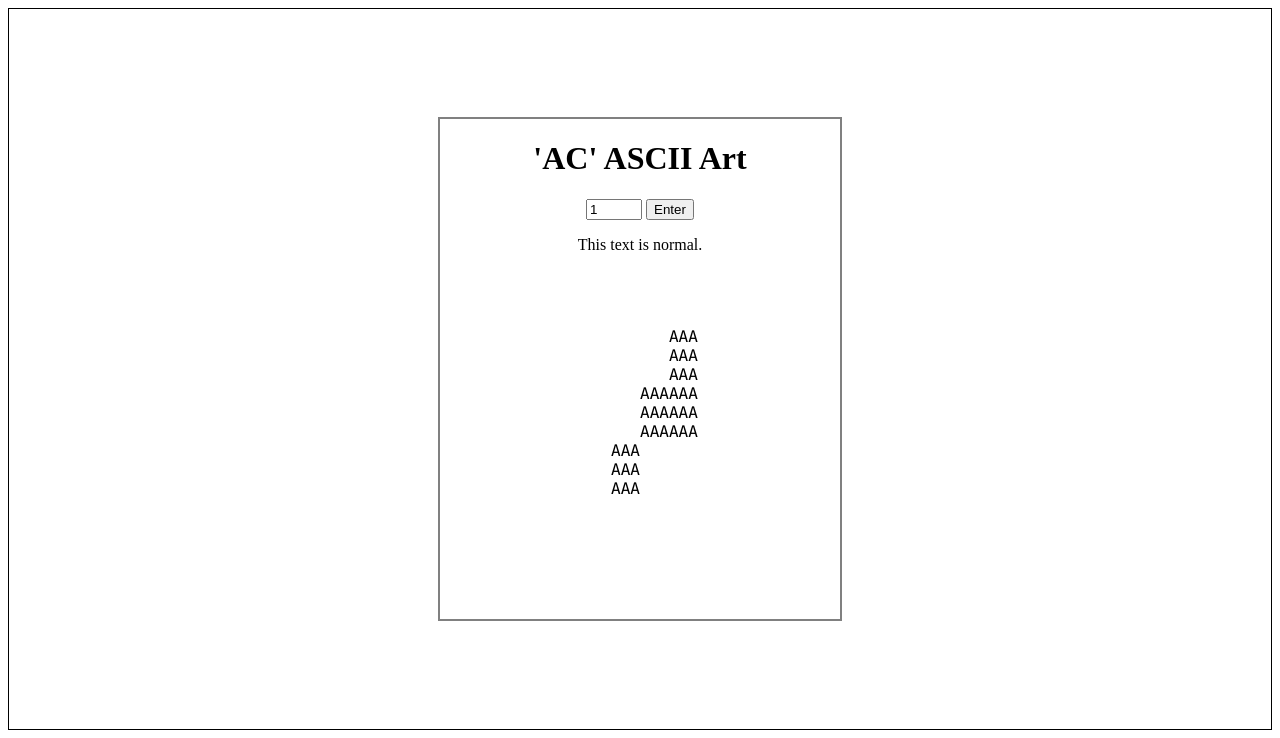
Repository: Achorn/ascii-art
Page: index.html
The author's editor kept a copy of each file at every save. The page is drawn from the files as they stood at one save, then again after the next save.
The browser window is 1280 px wide. The pictures show the whole page.

Above is the page before, as saved 2021-08-09 17:17:38.

### index.html
<!DOCTYPE html>
<html lang="en">
  <head>
    <link rel="stylesheet" href="styles.css" />
    <meta charset="UTF-8" />
    <meta http-equiv="X-UA-Compatible" content="IE=edge" />
    <meta name="viewport" content="width=device-width, initial-scale=1.0" />
    <title>Document</title>
  </head>
  <body>
    <form>
      <h1>'AC' ASCII Art</h1>
      <input type="number" min="1" value="1" max="10" />
      <button>Enter</button>
      <div id="ascii">
        <p>This text is normal.</p>
        <p id="mono" style="font-family: 'Lucida Console', monospace">
          This text is monospace text.
        </p>
      </div>
    </form>
    <script type="text/javascript" src="myscripts.js"></script>
  </body>
</html>

### styles.css
body {
  border: 1px solid black;
  display: flex;
  flex-direction: column;
  justify-content: center;
  align-items: center;
  height: 100vh;
}

form {
  border: 2px solid grey;
  height: 500px;
  width: 400px;
  text-align: center;
}

.ascii {
  border-radius: 1px solid black;
}
#mono {
  /* font-size: 25.5vw; */

  white-space: pre;
}

### myscripts.js
let four = [
  [" ", " ", " ", "A"],
  [" ", " ", "A", " "],
  [" ", "A", "A", "A"],
  ["A", " ", " ", " "],
];

let eight = [
  [
    " ",
    " ",
    " ",
    " ",
    " ",
    " ",
    " ",
    "A",
    "A",
    " ",
    " ",
    " ",
    " ",
    " ",
    " ",
    " ",
  ],
  [
    " ",
    " ",
    " ",
    " ",
    " ",
    " ",
    "A",
    "A",
    "A",
    "A",
    " ",
    " ",
    " ",
    " ",
    " ",
    " ",
  ],
  [
    " ",
    " ",
    " ",
    " ",
    " ",
    "A",
    "A",
    " ",
    " ",
    "A",
    "A",
    " ",
    " ",
    " ",
    " ",
    " ",
  ],
  [
    " ",
    " ",
    " ",
    " ",
    "A",
    "A",
    "A",
    "A",
    "A",
    "A",
    "A",
    "A",
    " ",
    " ",
    " ",
    " ",
  ],
  [
    " ",
    " ",
    " ",
    "A",
    "A",
    "A",
    "A",
    "A",
    "A",
    "A",
    "A",
    "A",
    "A",
    " ",
    " ",
    " ",
  ],
  [
    " ",
    " ",
    "A",
    "A",
    " ",
    " ",
    " ",
    " ",
    " ",
    " ",
    " ",
    " ",
    "A",
    "A",
    " ",
    " ",
  ],
  [
    " ",
    "A",
    "A",
    " ",
    " ",
    " ",
    " ",
    " ",
    " ",
    " ",
    " ",
    " ",
    " ",
    "A",
    "A",
    " ",
  ],
  [
    "A",
    "A",
    " ",
    " ",
    " ",
    " ",
    " ",
    " ",
    " ",
    " ",
    " ",
    " ",
    " ",
    " ",
    "A",
    "A",
  ],
];

function scaleSpread(array, factor) {
  const scaled = [];

  for (const row of array) {
    let x = [];

    for (const item of row) x.push(...Array(factor).fill(item));

    scaled.push(...Array(factor).fill(x));
  }

  return scaled;
}
let sixteen = scaleSpread(eight, 2);

function arrToString(arr) {
  let string = "";
  for (let i = 0; i < arr.length; i++) {
    string += arr[i].join("") + "<br>";
  }
  return string;
}

function trimA(arr, lWidth) {
  for (i = 0; i < arr.length; i++) {
    let disp = lWidth - (i % lWidth) - 1;
    console.log(i, disp);
    console.log(arr[i]);
    let newArr = arr[i].slice();
    for (let j = 0; j < disp; j++) {
      console.log("j", j);
      arr[i].pop();
      arr[i].unshift(" ");
    }

    //add to beginning
    // arr[i] == arr[i];
  }
}

let mono = document.getElementById("mono");
let scaled = scaleSpread(four, 3);
trimA(scaled, 3);

// mono.innerHTML = arrToString(scaleSpread(four, 3));
mono.innerHTML = arrToString(scaled);
// mono.innerHTML += arrToString(scaleSpread(eight, 1));

After the next save:
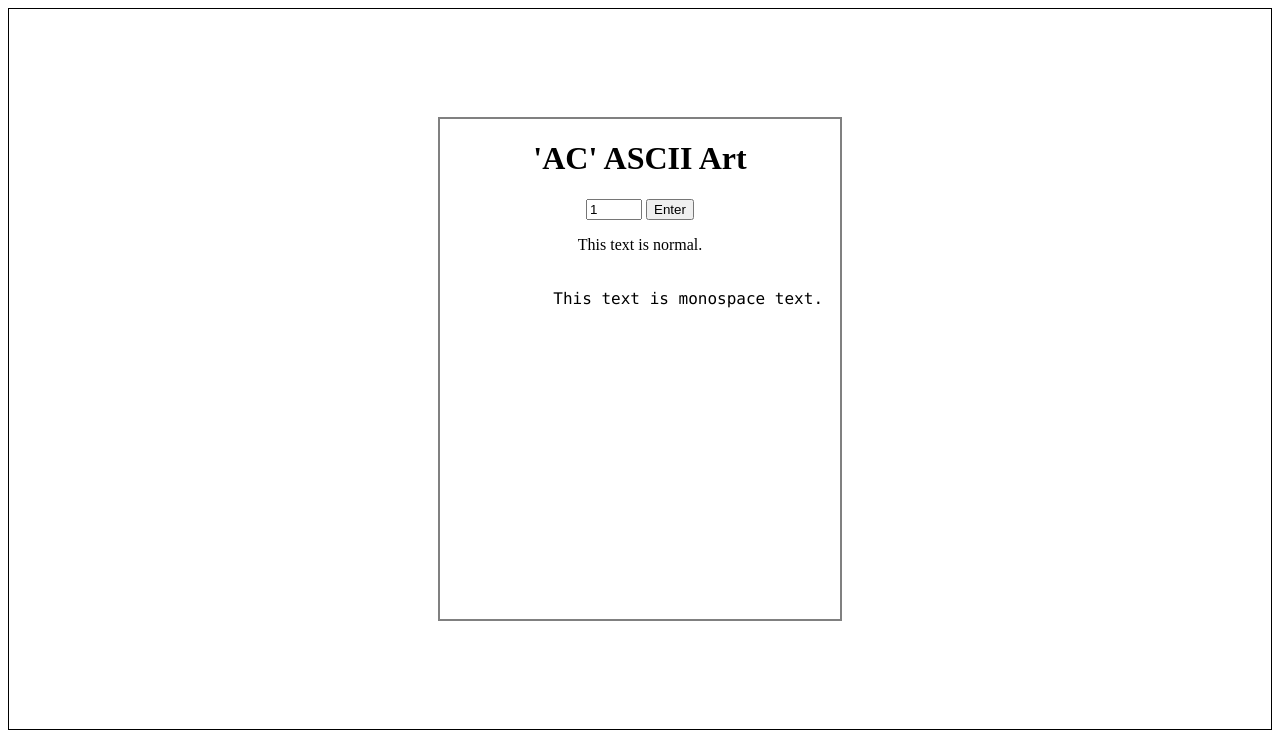
Console error: TypeError: newArr[i].pop is not a function
Saved 14 s later.
--- a/myscripts.js
+++ b/myscripts.js
@@ -182,9 +182,8 @@
     console.log(arr[i]);
     let newArr = arr[i].slice();
     for (let j = 0; j < disp; j++) {
-      console.log("j", j);
-      arr[i].pop();
-      arr[i].unshift(" ");
+      newArr[i].pop();
+      newAarr[i].unshift(" ");
     }
 
     //add to beginning

After the 5 saves that followed:
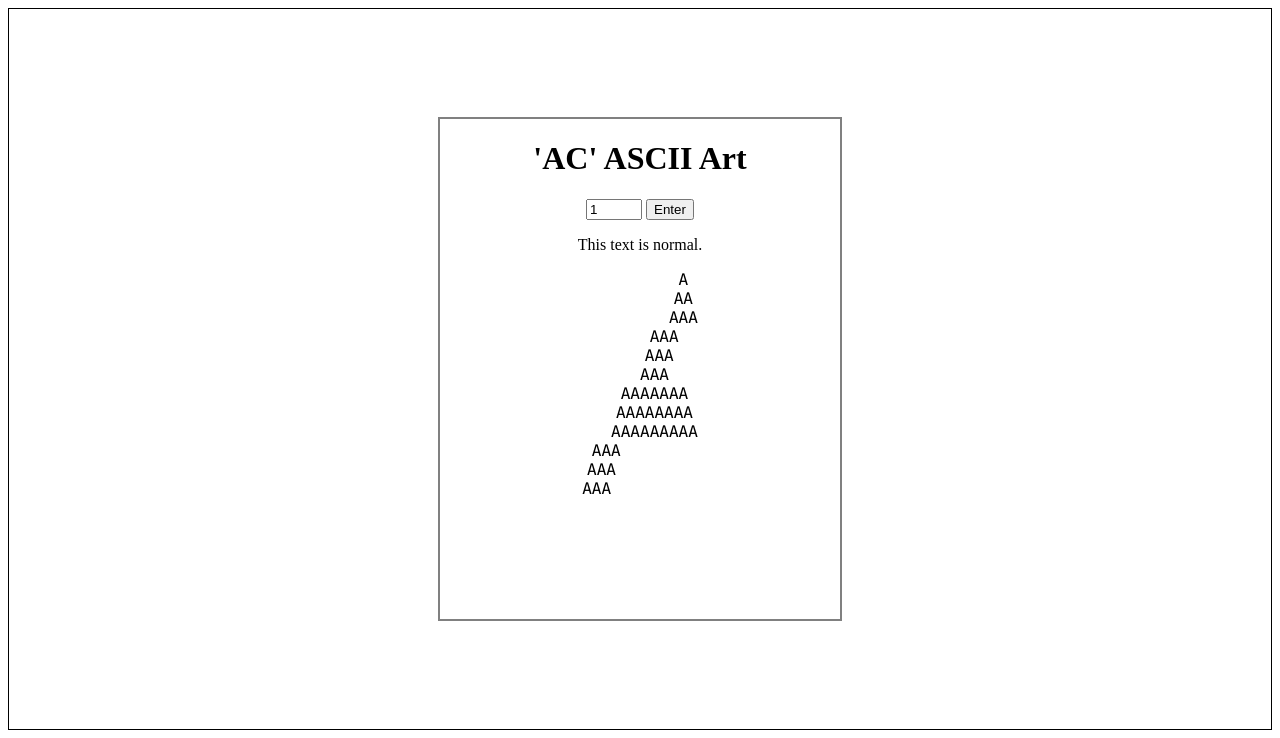
The error is gone.
The 5 saves are shown as one change because 4 left the picture as it was.
The last was saved 104 s later.
--- a/myscripts.js
+++ b/myscripts.js
@@ -181,10 +181,12 @@
     console.log(i, disp);
     console.log(arr[i]);
     let newArr = arr[i].slice();
+    console.log("newArr", newArr);
     for (let j = 0; j < disp; j++) {
-      newArr[i].pop();
-      newAarr[i].unshift(" ");
+      newArr.pop();
+      // newAarr.unshift(" ");
     }
+    arr[i] = newArr;
 
     //add to beginning
     // arr[i] == arr[i];
